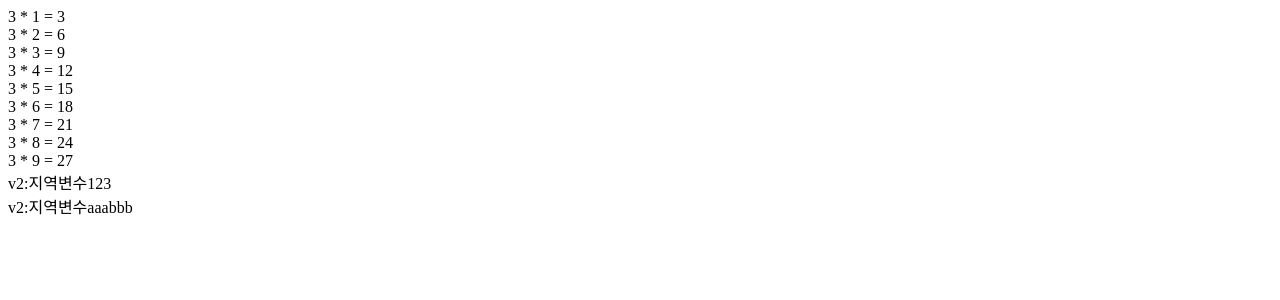
Repository: HmDol/Spring_study
Page: http://localhost/project1/jspfunc.jsp
The author's editor kept a copy of each file at every save. The page is drawn from the files as they stood at one save, then again after the next save.
The browser window is 1280 px wide. The pictures show the whole page.
The page is served by Tomcat 10. Other server files are loaded and not shown.

Above is the page before, as saved 2023-09-06 02:09:45.

### project1/src/main/webapp/jspfunc.jsp
<%@ page language="java" contentType="text/html; charset=EUC-KR"
    pageEncoding="EUC-KR"%>
<!DOCTYPE html>
<html>
<head>
<meta charset="EUC-KR">
<title>Insert title here</title>
</head>
<script>
const gugu = (dan)=> {
	for(i=1;i<10;i++){
		document.write(dan+" * " + i + " = " + (dan*i) + "<br>"	);
	}
}

const add = (a,b) => { // 파람 타입은 상관 없음
	let v2 ="지역변수";
	document.write("v2:"+v2);
	return a+b;
}
//함수 호출
gugu(3);
document.write(add(100,23)+"<br>");
document.write(add("aaa","bbb"));

</script>
<body>

</body>
</html>

After the next save:
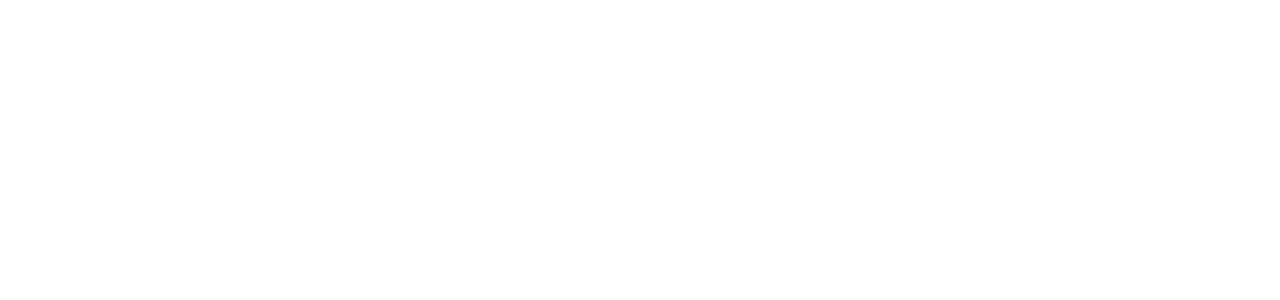
Console error: ReferenceError: v2 is not defined
Saved 15 s later.
--- a/project1/src/main/webapp/jspfunc.jsp
+++ b/project1/src/main/webapp/jspfunc.jsp
@@ -13,11 +13,13 @@
 	}
 }
 
+
 const add = (a,b) => { // 파람 타입은 상관 없음
 	let v2 ="지역변수";
 	document.write("v2:"+v2);
 	return a+b;
 }
+document.write("v2:"+v2);
 //함수 호출
 gugu(3);
 document.write(add(100,23)+"<br>");

After the save that followed:
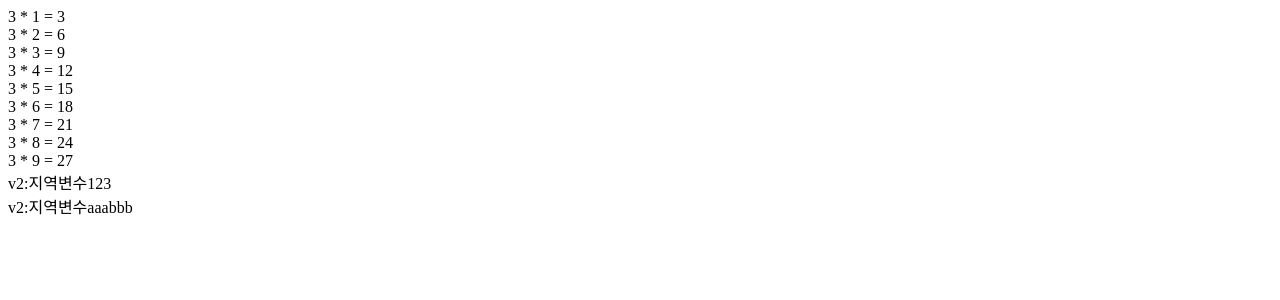
The error is gone.
Saved 6 min 32 s later.
--- a/project1/src/main/webapp/jspfunc.jsp
+++ b/project1/src/main/webapp/jspfunc.jsp
@@ -19,7 +19,7 @@
 	document.write("v2:"+v2);
 	return a+b;
 }
-document.write("v2:"+v2);
+//document.write("v2:"+v2);
 //함수 호출
 gugu(3);
 document.write(add(100,23)+"<br>");
